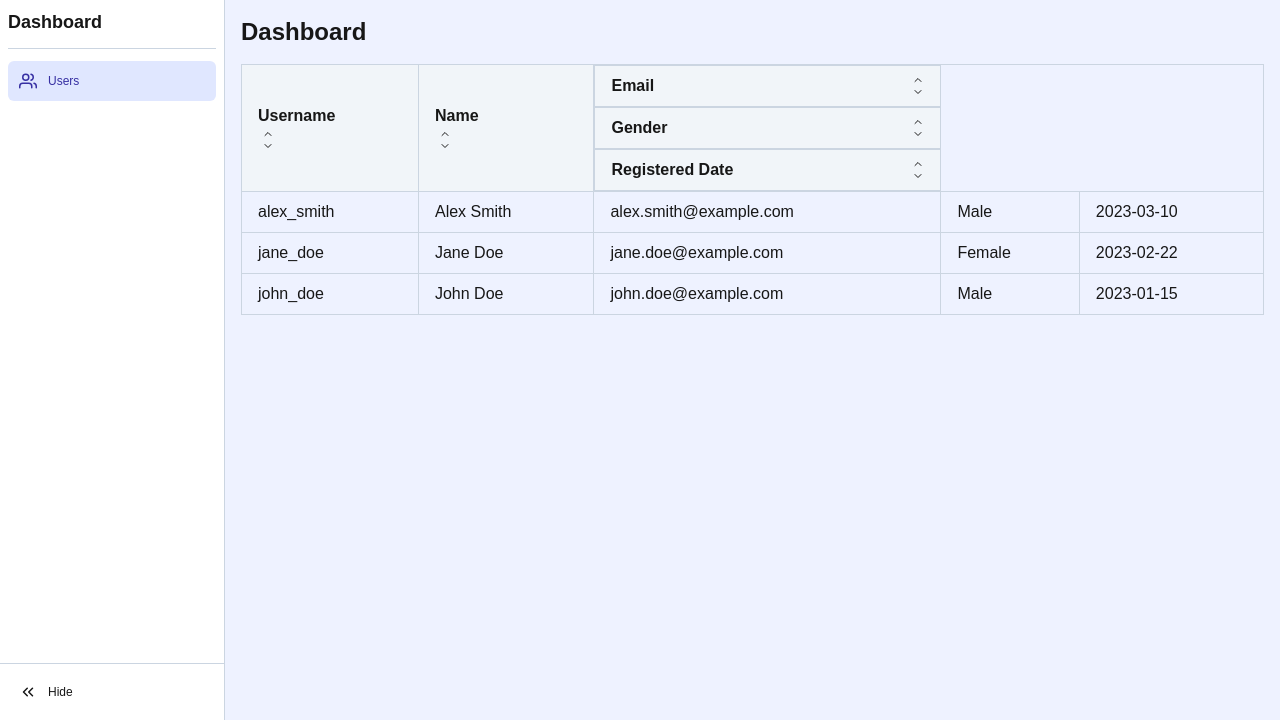
Repository: Ademaulana100499/userdashboard
Page: /
An editor plug-in stored every save of this project. The page is shown before and after the next save, followed by the edit.
The browser window is 1280 px wide. The pictures show the whole page.
The project was rebuilt for these pictures with package versions that can differ from the ones it lists, and the page was loaded fresh each time. The framework's server and built-in components were replaced by stand-ins that run in the browser. Also part of the build but not shown: next.config.mjs.

Above is the page before, as saved 2025-02-14 18:51:20.

### src/pages/index.js
import React from "react";
import Sidebar from "@/components/Sidebar";
import DashboardContent from "@/components/DashboardContent";
const Dashboard = () => {
  return (
    <div className="flex bg-indigo-50">
      <Sidebar />
      <DashboardContent />
    </div>
  );
};

export default Dashboard;

### src/components/Sidebar.jsx
import React, { useState } from "react";
import { FiChevronsRight, FiUsers } from "react-icons/fi";
import { motion } from "framer-motion";
const Sidebar = () => {
  const [open, setOpen] = useState(true);
  const [selected, setSelected] = useState("Users");

  return (
    <motion.nav
      layout
      className="sticky top-0 h-screen shrink-0 border-r border-slate-300 bg-white p-2"
      style={{
        width: open ? "225px" : "fit-content",
      }}>
      <TitleSection open={open} />

      <div className="space-y-1">
        <Option
          Icon={FiUsers}
          title="Users"
          selected={selected}
          setSelected={setSelected}
          open={open}
        />
      </div>

      <ToggleClose open={open} setOpen={setOpen} />
    </motion.nav>
  );
};

const Option = ({ Icon, title, selected, setSelected, open, notifs }) => {
  return (
    <motion.button
      layout
      onClick={() => setSelected(title)}
      className={`relative flex h-10 w-full items-center rounded-md transition-colors ${
        selected === title
          ? "bg-indigo-100 text-indigo-800"
          : "text-slate-500 hover:bg-slate-100"
      }`}>
      <motion.div
        layout
        className="grid h-full w-10 place-content-center text-lg">
        <Icon />
      </motion.div>
      {open && (
        <motion.span
          layout
          initial={{ opacity: 0, y: 12 }}
          animate={{ opacity: 1, y: 0 }}
          transition={{ delay: 0.125 }}
          className="text-xs font-medium">
          {title}
        </motion.span>
      )}

      {notifs && open && (
        <motion.span
          initial={{ scale: 0, opacity: 0 }}
          animate={{
            opacity: 1,
            scale: 1,
          }}
          style={{ y: "-50%" }}
          transition={{ delay: 0.5 }}
          className="absolute right-2 top-1/2 size-4 rounded bg-indigo-500 text-xs text-white">
          {notifs}
        </motion.span>
      )}
    </motion.button>
  );
};

const TitleSection = ({ open }) => {
  return (
    <div className="mb-3 border-b border-slate-300 pb-3">
      <div className="flex cursor-pointer items-center justify-between rounded-md transition-colors hover:bg-slate-100">
        <div className="flex justify-center items-center">
          {open && (
            <motion.div
              layout
              initial={{ opacity: 0, y: 12 }}
              animate={{ opacity: 1, y: 0 }}
              transition={{ delay: 0.125 }}>
              <span className="block text-lg font-semibold">Dashboard</span>
            </motion.div>
          )}
        </div>
      </div>
    </div>
  );
};

const ToggleClose = ({ open, setOpen }) => {
  return (
    <motion.button
      layout
      onClick={() => setOpen((pv) => !pv)}
      className="absolute bottom-0 left-0 right-0 border-t border-slate-300 transition-colors hover:bg-slate-100">
      <div className="flex items-center p-2">
        <motion.div
          layout
          className="grid size-10 place-content-center text-lg">
          <FiChevronsRight
            className={`transition-transform ${open && "rotate-180"}`}
          />
        </motion.div>
        {open && (
          <motion.span
            layout
            initial={{ opacity: 0, y: 12 }}
            animate={{ opacity: 1, y: 0 }}
            transition={{ delay: 0.125 }}
            className="text-xs font-medium">
            Hide
          </motion.span>
        )}
      </div>
    </motion.button>
  );
};

export default Sidebar;

### src/components/DashboardContent.jsx
import { FiChevronUp, FiChevronDown } from "react-icons/fi";
import { useState } from "react";

const DashboardContent = () => {
  const [sortConfig, setSortConfig] = useState({
    key: "username",
    direction: "asc",
  });

  const data = [
    {
      username: "john_doe",
      name: "John Doe",
      email: "john.doe@example.com",
      gender: "Male",
      registeredDate: "2023-01-15",
    },
    {
      username: "jane_doe",
      name: "Jane Doe",
      email: "jane.doe@example.com",
      gender: "Female",
      registeredDate: "2023-02-22",
    },
    {
      username: "alex_smith",
      name: "Alex Smith",
      email: "alex.smith@example.com",
      gender: "Male",
      registeredDate: "2023-03-10",
    },
  ];

  const sortedData = [...data].sort((a, b) => {
    if (sortConfig.key) {
      const aValue = a[sortConfig.key];
      const bValue = b[sortConfig.key];

      if (aValue < bValue) return sortConfig.direction === "asc" ? -1 : 1;
      if (aValue > bValue) return sortConfig.direction === "asc" ? 1 : -1;
      return 0;
    }
    return 0;
  });

  const requestSort = (key) => {
    let direction = "asc";
    if (sortConfig.key === key && sortConfig.direction === "asc") {
      direction = "desc";
    }
    setSortConfig({ key, direction });
  };

  const getArrowIcon = (column) => {
    if (sortConfig.key === column) {
      return sortConfig.direction === "asc" ? (
        <FiChevronUp className="text-xs ml-1" />
      ) : (
        <FiChevronDown className="text-xs ml-1" />
      );
    }
    return <FiChevronUp className="text-xs ml-1 opacity-50" />;
  };

  return (
    <div className="flex-1 p-4">
      <h1 className="text-2xl font-semibold mb-4">Dashboard</h1>
      <table className="min-w-full table-auto border-collapse border border-slate-300">
        <thead>
          <tr className="bg-slate-100">
            <th
              className="border border-slate-300 px-4 py-2 text-left cursor-pointer"
              onClick={() => requestSort("username")}>
              Username{" "}
              <div>
                <FiChevronUp className="text-xs ml-1" />
                <FiChevronDown className="text-xs ml-1" />
              </div>
            </th>
            <th
              className="border border-slate-300 px-4 py-2 text-left cursor-pointer"
              onClick={() => requestSort("name")}>
              Name{" "}
              <div>
                <FiChevronUp className="text-xs ml-1" />
                <FiChevronDown className="text-xs ml-1" />
              </div>
            </th>
            <th
              className="border flex justify-between border-slate-300 px-4 py-2 text-left cursor-pointer"
              onClick={() => requestSort("email")}>
              Email
              <div>
                <FiChevronUp className="text-xs ml-1" />
                <FiChevronDown className="text-xs ml-1" />
              </div>
            </th>
            <th
              className="border flex justify-between border-slate-300 px-4 py-2 text-left cursor-pointer"
              onClick={() => requestSort("gender")}>
              Gender{" "}
              <div>
                <FiChevronUp className="text-xs ml-1" />
                <FiChevronDown className="text-xs ml-1" />
              </div>
            </th>
            <th
              className="border flex justify-between border-slate-300 px-4 py-2 text-left cursor-pointer"
              onClick={() => requestSort("registeredDate")}>
              Registered Date{" "}
              <div>
                <FiChevronUp className="text-xs ml-1" />
                <FiChevronDown className="text-xs ml-1" />
              </div>
            </th>
          </tr>
        </thead>
        <tbody>
          {sortedData.map((user, index) => (
            <tr key={index} className="hover:bg-slate-50">
              <td className="border border-slate-300 px-4 py-2">
                {user.username}
              </td>
              <td className="border border-slate-300 px-4 py-2">{user.name}</td>
              <td className="border border-slate-300 px-4 py-2">
                {user.email}
              </td>
              <td className="border border-slate-300 px-4 py-2">
                {user.gender}
              </td>
              <td className="border border-slate-300 px-4 py-2">
                {user.registeredDate}
              </td>
            </tr>
          ))}
        </tbody>
      </table>
    </div>
  );
};

export default DashboardContent;

Loaded but not shown: src/pages/_app.js (common file); src/pages/_document.js (common file); src/styles/globals.css (common file); tailwind.config.mjs (common file)

After the next save:
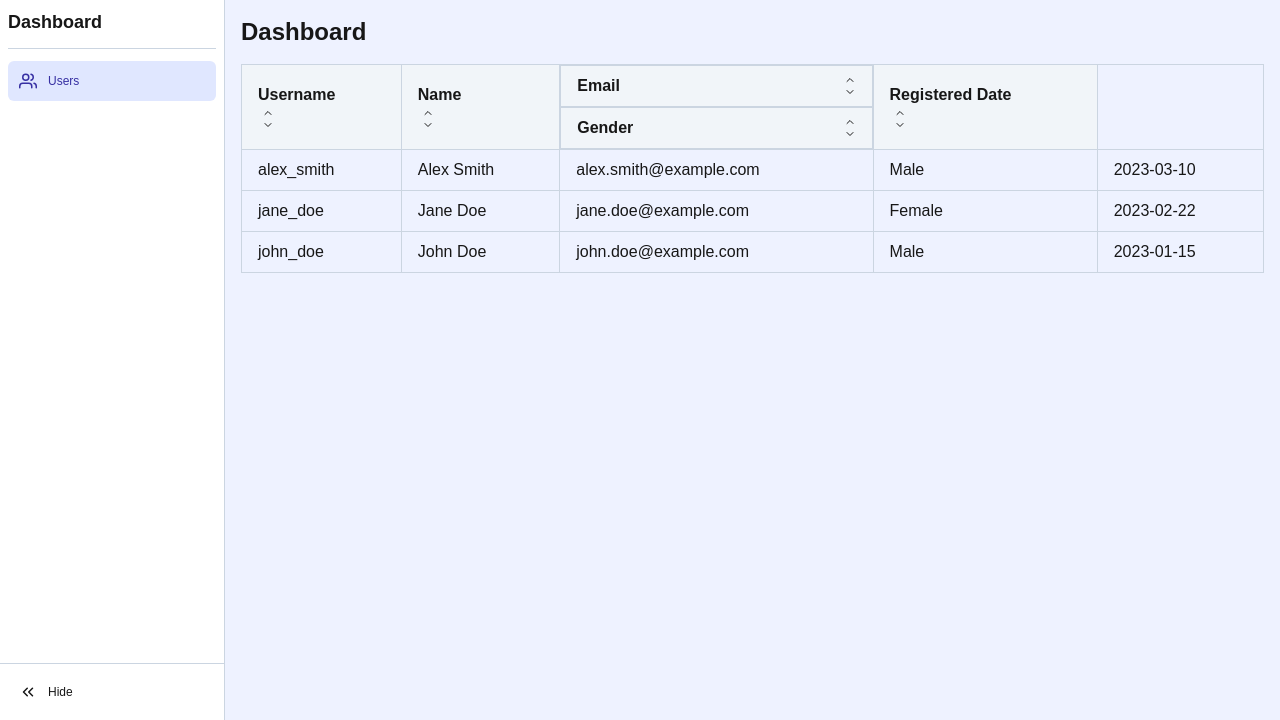
Saved 15 s later.
--- a/src/components/DashboardContent.jsx
+++ b/src/components/DashboardContent.jsx
@@ -105,7 +105,7 @@
               </div>
             </th>
             <th
-              className="border flex justify-between border-slate-300 px-4 py-2 text-left cursor-pointer"
+              className="border border-slate-300 px-4 py-2 text-left cursor-pointer"
               onClick={() => requestSort("registeredDate")}>
               Registered Date{" "}
               <div>

After the save that followed:
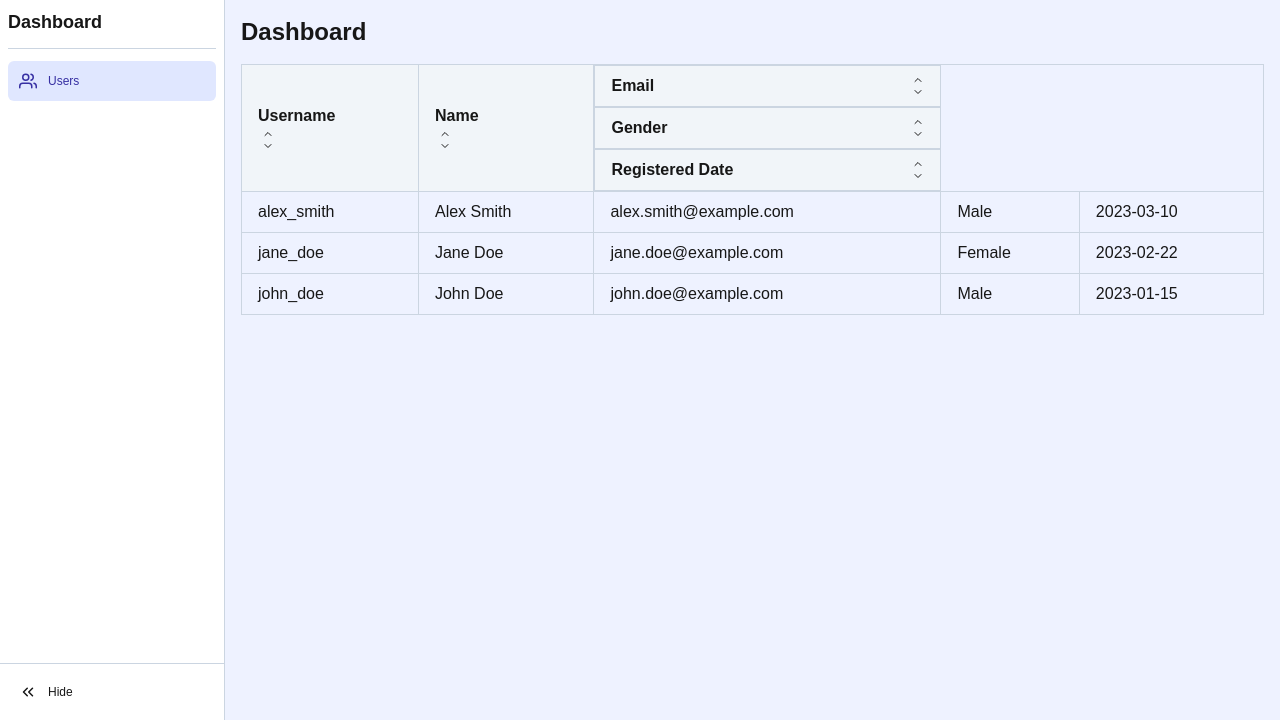
Saved 14 s later.
--- a/src/components/DashboardContent.jsx
+++ b/src/components/DashboardContent.jsx
@@ -105,7 +105,7 @@
               </div>
             </th>
             <th
-              className="border border-slate-300 px-4 py-2 text-left cursor-pointer"
+              className="border flex justify-between border-slate-300 px-4 py-2 text-left cursor-pointer"
               onClick={() => requestSort("registeredDate")}>
               Registered Date{" "}
               <div>
